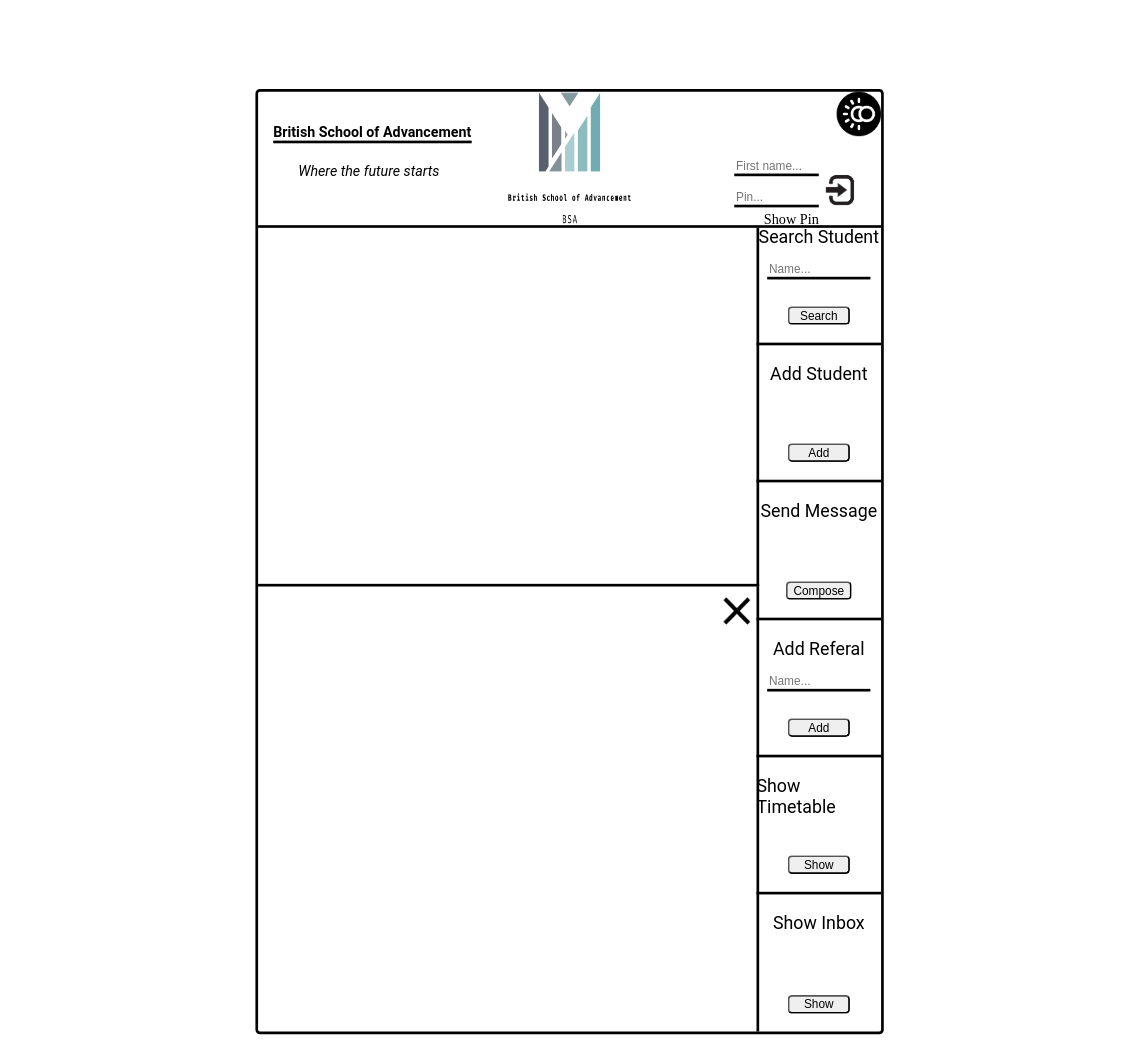
Repository: ghend99/Guardian-Application
Page: index.html
An editor plug-in stored every save of this project. The page is shown before and after the next save, followed by the edit.
The browser window is 1280 px wide. The pictures show the whole page, at 89% of full size.

Above is the page before, as saved 2023-06-06 14:32:10.
Console error: ReferenceError: btnUpdateTimetableLink is not defined

### index.html
<!DOCTYPE html>
<html lang="en">
  <head>
    <meta charset="UTF-8" />
    <meta http-equiv="X-UA-Compatible" content="IE=edge" />
    <meta name="viewport" content="width=device-width, initial-scale=1.0" />
    <title>Document</title>
    <link rel="stylesheet" href="style.css" />
  </head>
  <body>
    <div id="main-container">
      <div id="header-container">
        <div id="header-container-left-section">
          <p id="header-school-name" class="page-headers">
            British School of Advancement
          </p>
          <p id="header-school-slogan" class="page-headers">
            Where the future starts
          </p>
        </div>
        <div id="header-container-middle-section">
          <img class="header-middle-section-logo" src="./images/logo.png" />
        </div>
        <div id="header-container-right-section">
          <input
            id="header-login-input-fullname"
            class="login-input-fullname login-input input"
            type="text"
            placeholder="First name..."
          />
          <input
            id="header-login-input-pin"
            class="login-input-pin login-input input"
            placeholder="Pin..."
            type="password"
          />
          <p id="show-pin-header">Show Pin</p>
          <img
            id="header-login-button"
            class="login-button"
            src="./images/login-button.png"
          />
          <img class="header-dark-mode-toggle" src="./images/dark-mode.png" />
          <img class="login-modal-open" src="./images/login.png" />
        </div>
      </div>
      <div id="sidebar-container">
        <div id="sidebar-link-container1" class="sidebar-link-container">
          <p class="sidebar-link-header page-headers">Search Student</p>
          <input class="sidebar-input input" placeholder="Name..." />
          <button class="sidebar-search-button submit-button">Search</button>
        </div>
        <div id="sidebar-link-container2" class="sidebar-link-container">
          <p class="sidebar-link-header page-headers">Add Student</p>
          <button id="add-student" class="sidebar-search-button submit-button">
            Add
          </button>
        </div>
        <div id="sidebar-link-container3" class="sidebar-link-container">
          <p class="sidebar-link-header page-headers">Send Message</p>
          <button
            id="compose-message-open"
            class="sidebar-search-button submit-button"
          >
            Compose
          </button>
        </div>
        <div id="sidebar-link-container4" class="sidebar-link-container">
          <p class="sidebar-link-header page-headers">Add Referal</p>
          <input
            id="add-referal-fullname"
            class="sidebar-input input"
            placeholder="Name..."
          />
          <button id="add-referal" class="sidebar-search-button submit-button">
            Add
          </button>
        </div>
        <div id="sidebar-link-container5" class="sidebar-link-container">
          <p class="sidebar-link-header page-headers">Show Timetable</p>
          <button
            id="timetable-open"
            class="sidebar-search-button submit-button"
          >
            Show
          </button>
        </div>
        <div id="sidebar-link-container6" class="sidebar-link-container">
          <p class="sidebar-link-header page-headers">Show Inbox</p>
          <button id="inbox-open" class="sidebar-search-button submit-button">
            Show
          </button>
        </div>
        <div id="sidebar-link-container7" class="sidebar-link-container">
          <p class="sidebar-link-header page-headers">Update Timetable</p>
          <button
            id="update-timetable"
            class="sidebar-search-button submit-button"
          >
            Show
          </button>
        </div>
      </div>
      <img class="sidebar-open" src="./images/menu.png" />

      <div id="student-information-container">
        <h1
          id="student-information-name-header"
          class="student-information page-headers"
        >
          Student Name:
        </h1>
        <h3 class="student-information student-information-general-header">
          General Information
        </h3>
        <p id="student-information-first-name" class="student-information">
          First Name:
        </p>
        <p id="student-information-last-name" class="student-information">
          Last Name:
        </p>
        <p id="student-information-year" class="student-information">
          Year Group:
        </p>
        <p id="student-information-referals" class="student-information">
          Referals:
        </p>
        <p id="password-reset" class="student-information">Reset Password</p>
      </div>

      <div id="student-management-container">
        <p class="student-management-heading"></p>
        <img id="student-management-close" src="./images/close.png" />
        <div id="timetable-container"></div>
        <div id="inbox-container">
          <div id="inbox-header">
            <p>Date</p>
            <p>Sender</p>
            <p>Reciever</p>
            <p>Subject</p>
            <p>Message</p>
          </div>
          <div id="inbox-line">
            <p></p>
            <p></p>
            <p></p>
            <p></p>
            <p></p>
          </div>
        </div>
      </div>
    </div>

    <div id="login-modal-container">
      <h1 class="login-modal-header modal-header page-headers">Login</h1>
      <img
        id="login-modal-close"
        class="modal-close"
        src="./images/close.png"
      />
      <input
        id="login-modal-fullname"
        class="login-input-fullname login-modal-input input"
        type="text"
        placeholder="Full name..."
      />
      <input
        id="login-modal-pin"
        class="login-input-pin login-modal-input input"
        type="number"
        placeholder="Pin..."
      />
      <p id="login-modal-show-pin">Show Pin</p>
      <input id="login-modal-submit" class="submit-button" type="submit" />
    </div>

    <div id="create-account-container">
      <p id="create-account-header" class="modal-header page-headers">
        Add Student Details
      </p>
      <img
        id="create-account-close"
        class="modal-close"
        src="./images/close.png"
      />
      <input
        id="create-account-first-name"
        class="create-account-input input"
        placeholder="First name..."
      />
      <input
        id="create-account-last-name"
        class="create-account-input input"
        placeholder="Last name..."
      />
      <input
        id="create-account-year"
        class="create-account-input input"
        placeholder="Year..."
      />
      <input
        id="create-account-pin"
        class="create-account-input input"
        placeholder="Year..."
      />

      <input
        id="create-account-repin"
        class="create-account-input input"
        placeholder="Year..."
      />
      <input id="create-account-submit" class="submit-button" type="submit" />
    </div>

    <div id="compose-message-container" class="">
      <p id="compose-message-header" class="modal-header">Compose Message</p>
      <img
        id="compose-message-close"
        class="modal-close"
        src="./images/close.png"
      />
      <input
        id="compose-message-reciever"
        class="compose-message-input input"
        type="text"
        placeholder="Reciever..."
      />
      <input
        id="compose-message-title"
        class="compose-message-input input"
        type="text"
        placeholder="Subject..."
      />
      <textarea
        id="compose-message-text-area"
        placeholder="Message..."
      ></textarea>
      <input id="compose-message-submit" class="submit-button" type="submit" />
    </div>

    <div id="password-reset-container">
      <p id="password-reset-header" class="modal-header page-headers">
        Pin Reset
      </p>
      <img
        id="password-reset-close"
        class="modal-close"
        src="./images/close.png"
      />
      <input
        id="password-reset-old"
        class="password-reset-input input"
        type="number"
        placeholder="Old Pin..."
      />
      <input
        id="password-reset-new"
        class="password-reset-input input"
        type="number"
        placeholder="New Pin..."
      />
      <input
        id="password-reset-new-retype"
        class="password-reset-input input"
        type="number"
        placeholder="New Pin..."
      />
      <input id="password-reset-submit" class="submit-button" type="submit" />
    </div>
    <script src="functions.js"></script>
    <script src="elements.js"></script>
    <script src="buttons.js"></script>
    <script src="message.js"></script>
    <script src="timetable.js"></script>
  </body>
</html>

### style.css
button {
  cursor: pointer;
}

.input {
  background-color: transparent;
  text-decoration: none;
  border: none;
  border-bottom: solid;
  outline: none;
}

.page-headers {
  font-family: "Roboto", Arial;
}

.modal-header {
  font-size: 30px;
  font-weight: bold;
  margin-top: 10px;
}

.dark-mode {
  background-color: black;
  color: white;
  border: solid;
  border-radius: 5px;
}

.input-dark-mode {
  color: white;
  border-color: white;
}

.button-dark-mode {
  color: white;
  background-color: black;
}

#main-container {
  position: relative;
  left: 50%;
  transform: translate(-50%);
  max-width: 50%;
  min-width: 700px;
  max-height: 1200px;
  min-height: 1000px;
  margin-top: 100px;
  border: solid;
  border-radius: 5px;
}

#header-container {
  display: grid;
  grid-template-columns: 1fr 1fr 1fr;
  grid-template-rows: 1fr;
  max-height: 200px;
  min-height: 150px;
  width: 100%;
  border-bottom: solid;
}

#header-school-name {
  position: absolute;
  top: 20px;
  left: 17px;
  font-size: clamp(1rem, 1vw, 2rem);
  font-weight: bold;
  border-bottom: solid;
}

#header-school-slogan {
  position: absolute;
  top: clamp(5%, 70px, 80px);
  left: clamp(45px, 5%, 70px);
  font-size: clamp(0.9rem, 1.5vw, 1rem);
  margin-top: 10px;
  font-style: italic;
}

#header-container-middle-section {
  display: flex;
  justify-content: center;
}

.header-middle-section-logo {
  width: 60%;
}

#header-login-input-fullname {
  position: absolute;
  top: 75px;
  width: 13%;
  right: 10%;
}

#header-login-input-pin {
  position: absolute;
  top: 110px;
  width: 13%;
  right: 10%;
}

#show-pin-header {
  position: absolute;
  top: 135px;
  right: 10%;
  margin: 0;
}

#header-login-button {
  position: absolute;
  width: 50px;
  right: 3%;
  top: 85px;
}

.header-dark-mode-toggle {
  position: absolute;
  width: 50px;
  top: 0;
  right: 0;
  cursor: pointer;
}

.login-modal-open {
  display: none;
}

#sidebar-container {
  position: absolute;
  display: grid;
  grid-template-columns: 1fr;
  grid-template-rows: 1fr 1fr 1fr 1fr 1fr 1fr;
  right: 0;
  bottom: 0;
  max-width: 30%;
  min-width: 20%;
  max-height: 1000px;
  min-height: 925px;
}

#sidebar-link-container1 {
  justify-content: center;
}

#sidebar-link-container6 {
  border-bottom: none;
}

#sidebar-link-container7 {
  display: none;
}

.sidebar-link-container {
  position: relative;
  display: flex;
  justify-content: center;
  border-bottom: solid;
}

.sidebar-link-header {
  position: absolute;
  font-size: 20px;
}

.sidebar-input {
  position: absolute;
  margin-top: 60px;
  width: 80%;
}

.sidebar-search-button {
  position: absolute;
  max-width: 75%;
  min-width: 70px;
  bottom: 20px;
  border-radius: 5px;
}

.sidebar-open {
  position: absolute;
  width: 50px;
  right: 0;
  top: 155px;
  display: none;
}

#student-information-container {
  max-height: 800px;
  min-height: 400px;
  max-width: 80%;
  min-width: 50%;
  border-bottom: solid;
  border-right: solid;
}

#student-information-name-header {
  font-size: 30px;
  font-weight: bold;
  border-bottom: solid;
  width: fit-content;
  margin-left: 30px;
  margin-top: 0;
}

.student-information {
  margin-left: 40px;
  display: none;
}

.student-information-general-header {
  font-size: 24px;
  font-weight: bold;
  padding-left: 40px;
}

#password-reset {
  border-bottom: solid;
  font-weight: bold;
  width: fit-content;
  cursor: pointer;
}

#student-management-container {
  max-width: 80%;
  min-width: 50%;
  max-height: 600px;
  min-height: 500px;
  border-right: solid;
}

.student-management-heading {
  display: inline-block;
  font-size: 30px;
  margin: 0;
  margin-left: 20px;
  width: fit-content;
}

#student-management-close {
  position: absolute;
  bottom: 43.3%;
  right: 21%;
  width: 30px;
  cursor: pointer;
}

#timetable-container {
  position: relative;
  display: grid;
  grid-gap: 1em;
  grid-template-rows: repeat(var(--grid-rows), 1fr);
  grid-template-columns: repeat(var(--grid-cols), 1fr);
  /* top: 50px; */
  overflow: scroll;
  max-height: 90%;
  min-height: 466px;
  /* max-width: 99.6%;
  min-width: 250px; */
  display: none;
}

:root {
  --grid-cols: 1;
  --grid-rows: 1;
}

.grid-item {
  padding: 1em;
  border: 1px solid #ddd;
  text-align: center;
}

#timetable-input {
  width: 100px;
}

#inbox-container {
  max-height: 90%;
  min-height: 466px;
  max-width: 99.6%;
  min-width: 250px;
  display: none;
}

#inbox-header {
  position: relative;
  display: grid;
  grid-template-columns: 1fr 1fr 1fr 1fr 1fr;
  grid-template-rows: 1fr;
  width: 100%;
  height: 50px;
  /* background-color: aqua; */
  overflow-y: auto;
  font-family: "Roboto", Arial;
}

#inbox-line {
  position: relative;
  display: grid;
  grid-template-columns: 1fr 1fr 1fr 1fr 1fr;
  grid-template-rows: 1fr;
  row-gap: 20px;
  width: 100%;
  height: 50px;
  /* background-color: darkorange; */
  overflow-y: auto;
  font-family: "EB Garamond", Arial;
}

#login-modal-container,
#create-account-container,
#compose-message-container,
#password-reset-container {
  position: absolute;
  left: 50%;
  top: 30%;
  transform: translate(-50%);
  text-align: center;
  border: solid;
  border-radius: 5px;
  display: none;
}

#login-modal-container {
  max-width: 40%;
  min-width: 300px;
  max-height: 400px;
  min-height: 300px;
  text-align: center;
  border: solid;
  border-radius: 5px;
  display: none;
  background-color: whitesmoke;
  cursor: pointer;
}

#login-modal-fullname {
  position: absolute;
  top: 120px;
  left: 50px;
}

#login-modal-pin {
  position: absolute;
  top: 170px;
  left: 50px;
}

#login-modal-show-pin {
  position: absolute;
  top: 200px;
  left: 50px;
  margin: 0;
  font-size: 14px;
  cursor: pointer;
}

#login-modal-submit {
  left: 15%;
}

#login-modal-submit,
#create-account-submit,
#compose-message-submit,
#password-reset-submit {
  position: absolute;
  bottom: 20px;
  max-height: 60px;
  min-height: 30px;
  max-width: 20%;
  min-width: 200px;
}

#create-account-container {
  max-width: 60%;
  min-width: 400px;
  max-height: 600px;
  min-height: 500px;
}

.create-account-input,
.compose-message-input,
.password-reset-input {
  position: absolute;
  left: 30px;
}

#create-account-first-name {
  top: 80px;
}

#create-account-last-name {
  top: 150px;
}

#create-account-year {
  top: 220px;
}

#create-account-pin {
  top: 290px;
}

#create-account-submit {
  left: 25%;
}

#create-account-repin {
  position: absolute;
  top: 360px;
  left: 30px;
}

#compose-message-container {
  max-width: 60%;
  min-width: 400px;
  max-height: 600px;
  min-height: 500px;
}

.modal-close {
  position: absolute;
  width: 30px;
  right: 0;
  top: 0;
  cursor: pointer;
}

#compose-message-reciever {
  top: 80px;
}

#compose-message-title {
  top: 130px;
}

#compose-message-text-area {
  position: absolute;
  top: 35%;
  left: 30px;
  max-height: 80%;
  min-height: 230px;
  max-width: 100%;
  min-width: 280px;
}

#compose-message-submit {
  left: 25%;
}

#password-reset-container {
  max-width: 40%;
  min-width: 300px;
  max-height: 400px;
  min-height: 300px;
}

#password-reset-new {
  top: 120px;
}

#password-reset-new-retype {
  top: 165px;
}

#password-reset-submit {
  left: 17%;
}

@media screen and (min-width: 0) and (max-width: 720px) {
  #main-container {
    max-width: 600px;
    min-width: 300px;
  }

  #header-container {
    grid-template-columns: 1fr 1fr;
  }

  .header-middle-section-logo,
  #header-login-input-fullname,
  #header-login-input-pin,
  #show-pin-header,
  #header-login-button {
    display: none;
  }

  .login-modal-open {
    position: absolute;
    display: block;
    right: 0;
    top: 100px;
    width: 50px;
  }

  #sidebar-container {
    display: none;
  }

  .sidebar-link-header {
    font-size: 12px;
  }

  .sidebar-open {
    display: block;
  }

  .student-information-name-header {
    margin-left: 15px;
  }

  .student-information-general-header {
    margin-left: 25px;
    padding: 0;
  }

  .student-information {
    margin-left: 28px;
  }
}

### buttons.js
btnDarkModeToggle.addEventListener("click", function (e) {
  e.preventDefault();
  if (darkMode === false) {
    darkModeToggle();
  } else {
    lightModeToggle();
  }
});

btnAddStudentOpen.addEventListener("click", function (e) {
  e.preventDefault();
  addStudentContainer.style.display = "block";
  mainContainer.style.filter = "blur(3px)";
});

btnAddStudentClose.addEventListener("click", function (e) {
  e.preventDefault();
  addStudentContainer.style.display = "none";
  mainContainer.style.filter = "blur(0px)";
});

btndAddStudentSubmit.addEventListener("click", function (e) {
  e.preventDefault();
  createStudent();
  addStudentFirstNameInput.value = "";
  addStudentLastNameInput.value = "";
  addStudentYearInput.value = "";
  addStudentPinInput.value = "";
  addStudentRePinInput.value = "";
});

btnLoginHeader.addEventListener("click", function (e) {
  e.preventDefault();
  login();
  studentInformation.forEach((e) => {
    e.style.display = "block";
    inboxContainer.style.display = "none";
    inboxLine.innerHTML = "";
  });
});

btnLoginModalOpen.addEventListener("click", function (e) {
  e.preventDefault();
  loginContainer.style.display = "block";
  mainContainer.style.filter = "blur(3px)";
});

btnLoginModalClose.addEventListener("click", function (e) {
  e.preventDefault();
  loginContainer.style.display = "none";
  mainContainer.style.filter = "blur(0px)";
});

btnLoginModalSubmit.addEventListener("click", function (e) {
  e.preventDefault();
  loginModal();
  studentInformation.forEach((e) => {
    e.style.display = "block";
  });
  loginContainer.style.display = "none";
});

btnComposeMessageOpen.addEventListener("click", function (e) {
  e.preventDefault();
  if (currentAccount === undefined) {
    alert("You need to login first");
  } else {
    composeMessageContainer.style.display = "block";
    mainContainer.style.filter = "blur(3px)";
  }
});

btnComposeMessageClose.addEventListener("click", function (e) {
  composeMessageContainer.style.display = "none";
  mainContainer.style.filter = "blur(0px)";
});

btnComposeMessageSubmit.addEventListener("click", function (e) {
  e.preventDefault();
  sendMessage();
});

btnInboxOpen.addEventListener("click", function (e) {
  e.preventDefault();
  timetableContainer.style.display = "none";
  inboxContainer.style.display = "block";
});

btnTimetableOpen.addEventListener("click", function (e) {
  e.preventDefault();
  inboxContainer.style.display = "none";
  timetableContainer.style.display = "grid";
  UpdateTimetableLinkContainer.style.display = "block";
});

btnStudentManagementClose.addEventListener("click", function (e) {
  timetableContainer.style.display = "none";
  inboxContainer.style.display = "none";
});

### message.js
const sendMessage = function () {
  const message = composeMessageText.value;
  const subject = composeMessageSubject.value;
  const reciever = composeMessageReciever.value;
  const target = students.find((stu) => stu.fullName === `${reciever}`);
  const date = new Date(Date.now()).toLocaleString();
  console.log(date);
  console.log(message, subject, reciever, target);
  if (target === undefined) {
    alert("Not a valid message reciercer");
  } else {
    target.inbox.push(message);
    target.from.push(currentAccount.fullName);
    target.subject.push(subject);
    target.date.push(date);
    // currentAccount.sent.push(message);
    // currentAccount.date.push(date);
    composeMessageReciever.value = "";
    composeMessageText.value = "";
    composeMessageSubject.value = "";
    localStorage.setItem("students", JSON.stringify(students));
    alert("Message Sent");
    // updateInbox(target, currentAccount, message, subject);
  }
};

// const updateInbox = function (target, currentAccount, message, subject) {
//   const html = ` <div id="inbox-line">
//   <p>${new Date(Date.now()).toLocaleString()}</p>
//   <p>${currentAccount.fullName}</p>
//   <p>${target.fullName}</p>
//   <p>${subject}</p>
//   <p>${message}</p>
// </div>
//   `;
//   inboxLine.insertAdjacentHTML("beforebegin", html);
// };

const updateInboxLoad = function (target) {
  getStudentsLocalStorage();
  for (let i = 0; i < currentAccount.inbox.length; i++) {
    const html = `<div id="inbox-line">
  <p>${currentAccount.date[i]}</p>
  <p>${currentAccount.from[i]}</p>
  <p>${currentAccount.fullName}</p>
  <p>${currentAccount.subject[i]}</p>
  <p>${currentAccount.inbox[i]}</p>
</div>
  `;
    inboxLine.insertAdjacentHTML("beforebegin", html);
  }
};
// updateInboxLoad();

Loaded but not shown: timetable.js (233 lines, source omitted); functions.js (216 lines, source omitted); elements.js (94 lines, source omitted)

After the next save:
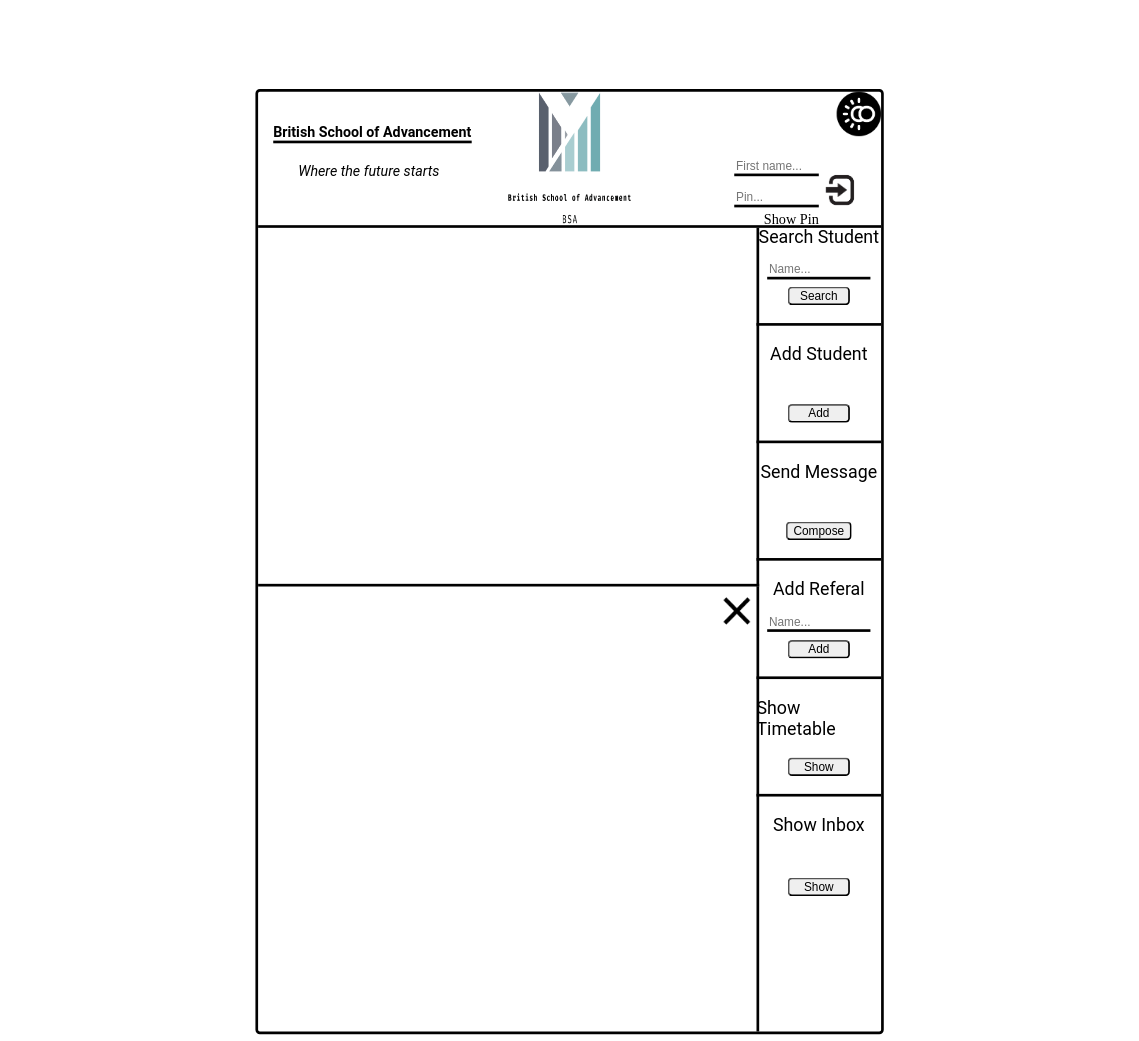
Saved 8 s later.
--- a/style.css
+++ b/style.css
@@ -131,7 +131,7 @@ button {
   position: absolute;
   display: grid;
   grid-template-columns: 1fr;
-  grid-template-rows: 1fr 1fr 1fr 1fr 1fr 1fr;
+  grid-template-rows: 1fr 1fr 1fr 1fr 1fr 1fr 1fr;
   right: 0;
   bottom: 0;
   max-width: 30%;
